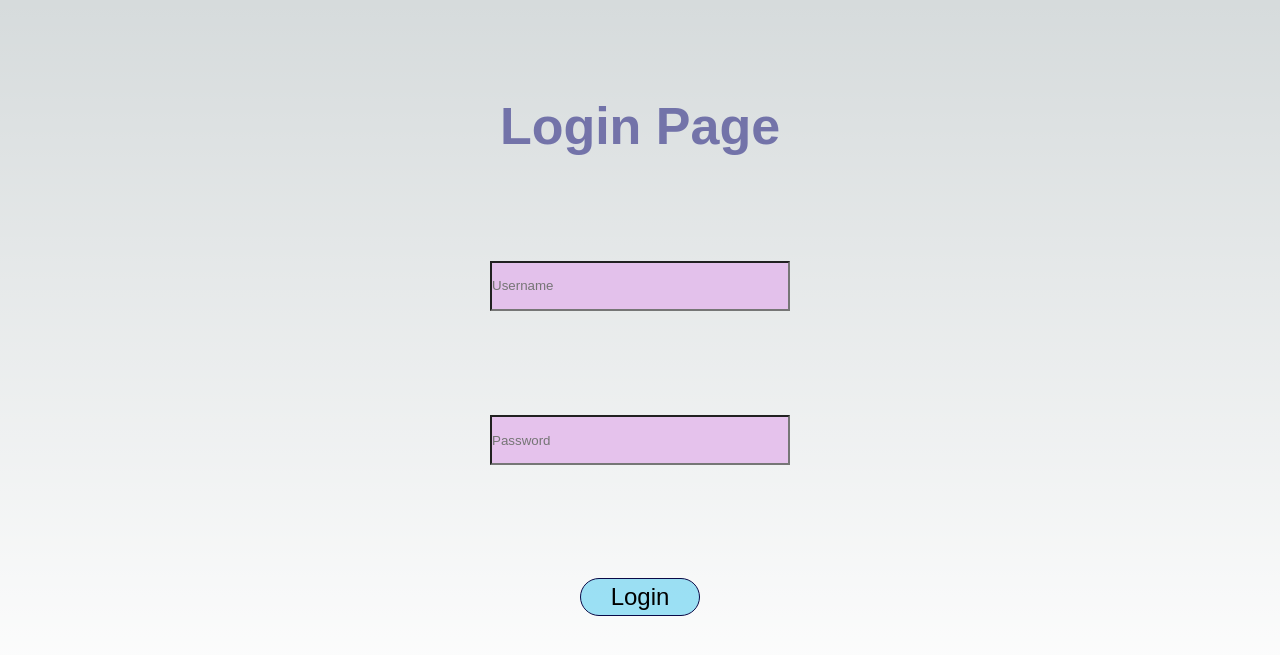
Repository: SaraShio/counter
Page: /
An editor plug-in stored every save of this project. The page is shown before and after the next save, followed by the edit.
The browser window is 1280 px wide. The pictures show the whole page.
The project was rebuilt for these pictures with package versions that can differ from the ones it lists, and the page was loaded fresh each time. The framework's server and built-in components were replaced by stand-ins that run in the browser. Also part of the build but not shown: next.config.js.

Above is the page before, as saved 2023-01-15 22:46:22.

After the next save:
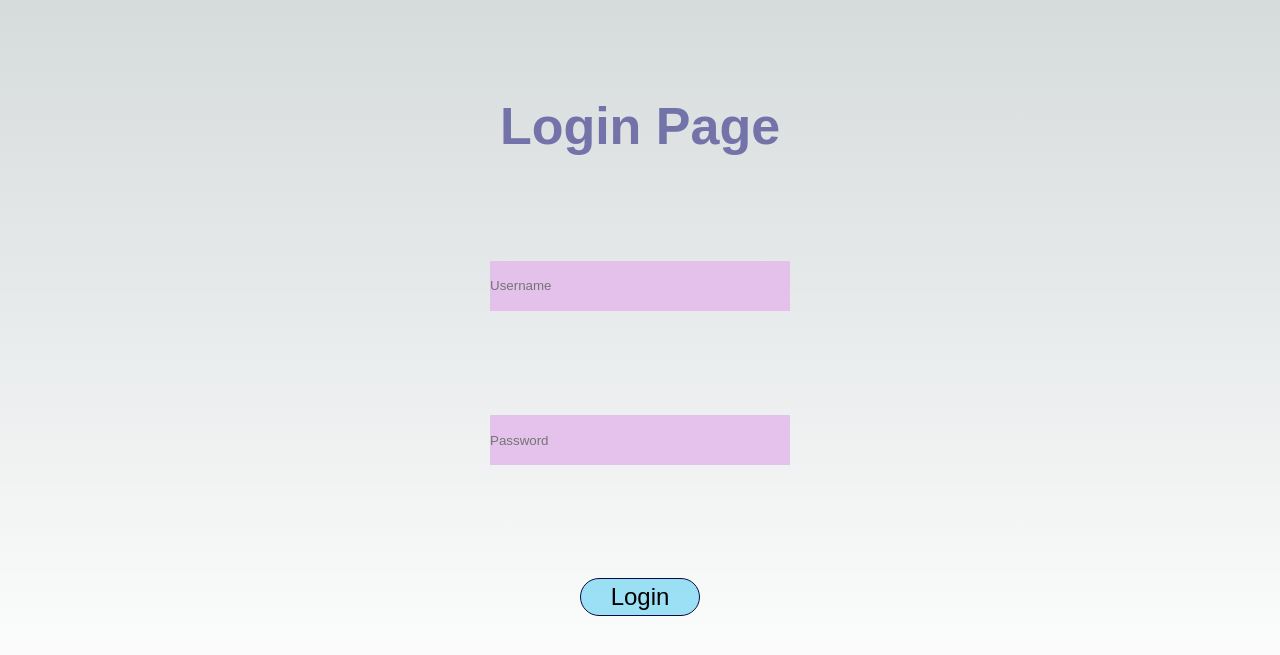
Saved 7 s later.
--- a/styles/Home.module.css
+++ b/styles/Home.module.css
@@ -19,6 +19,7 @@
   width: 300px;
   height: 50px;
   background-color: var(--light-purple);
+  border: none;
 }
 
 .submit {
